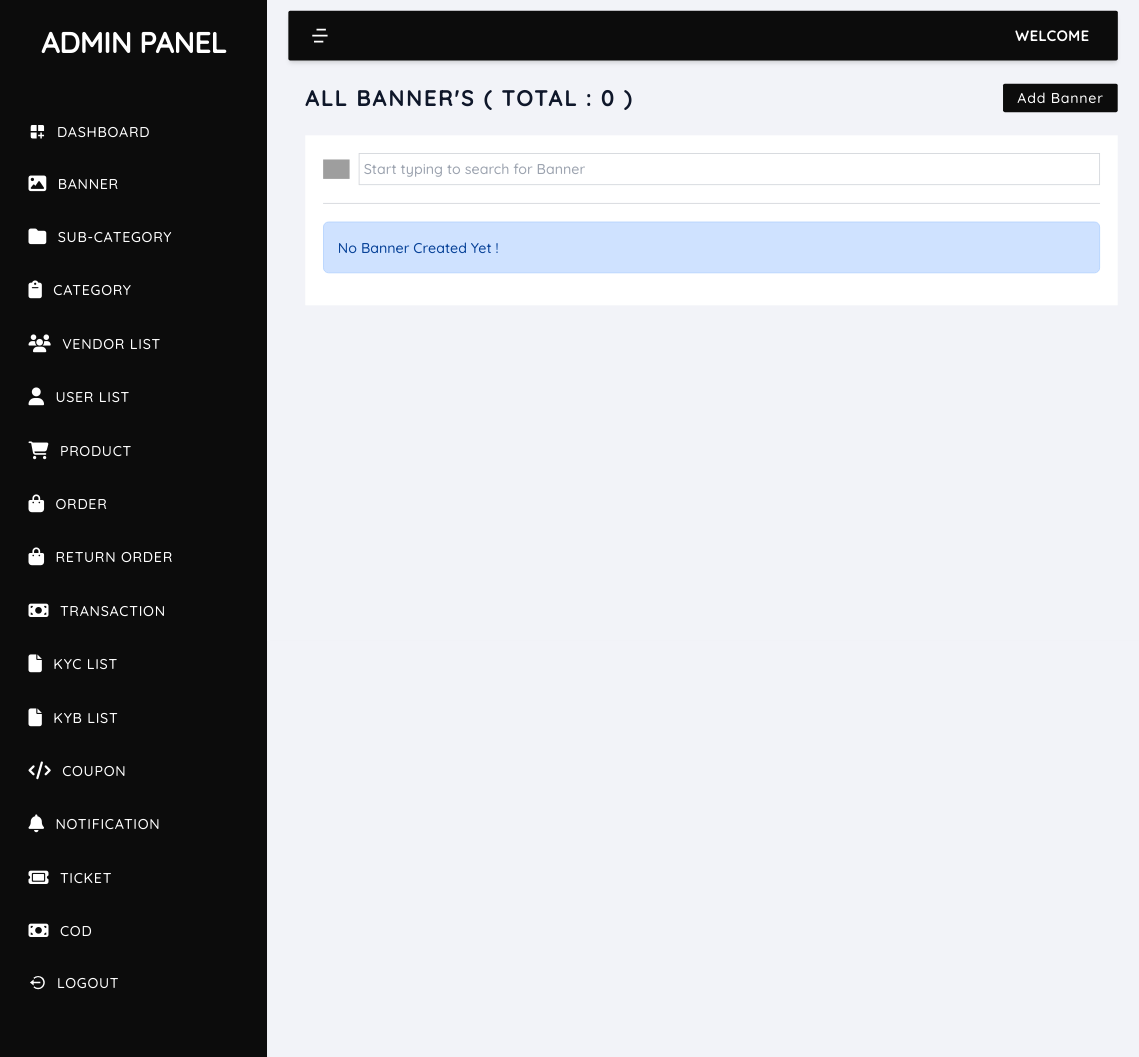
Repository: FlyweisReact/Sudarshan
Page: /admin/banner
These files come from the project's save history. The page is drawn as it stood at one moment and after the next save; the edit follows.
The browser window is 1280 px wide. The pictures show the whole page, at 89% of full size.
Pictures or frames that could not be fetched are drawn as grey boxes. The page's requests for data from a server got no answer. Some web libraries are served in a nearby version. The project was rebuilt for these pictures with package versions that can differ from the ones it lists, and the page was loaded fresh each time. No one was signed in, and anything a server would have sent is missing. Also part of the build but not shown: src/Admin/forms/AdminLogin.jsx, src/Admin/pages/Dashboard/AdminDashboard.js, src/Admin/pages/subcategory/AdminSubCategory.js, src/Admin/pages/category/AdminCategory.js, src/Admin/pages/Product/AdminProduct.js, src/Admin/pages/Product/AdminSingleProduct.js, src/Admin/pages/Order/AdminOrder.js, src/Admin/pages/Order/AdminViewOrder.js and 11 more.

Above is the page before, as saved 2023-09-06 13:07:12.

After the next save:
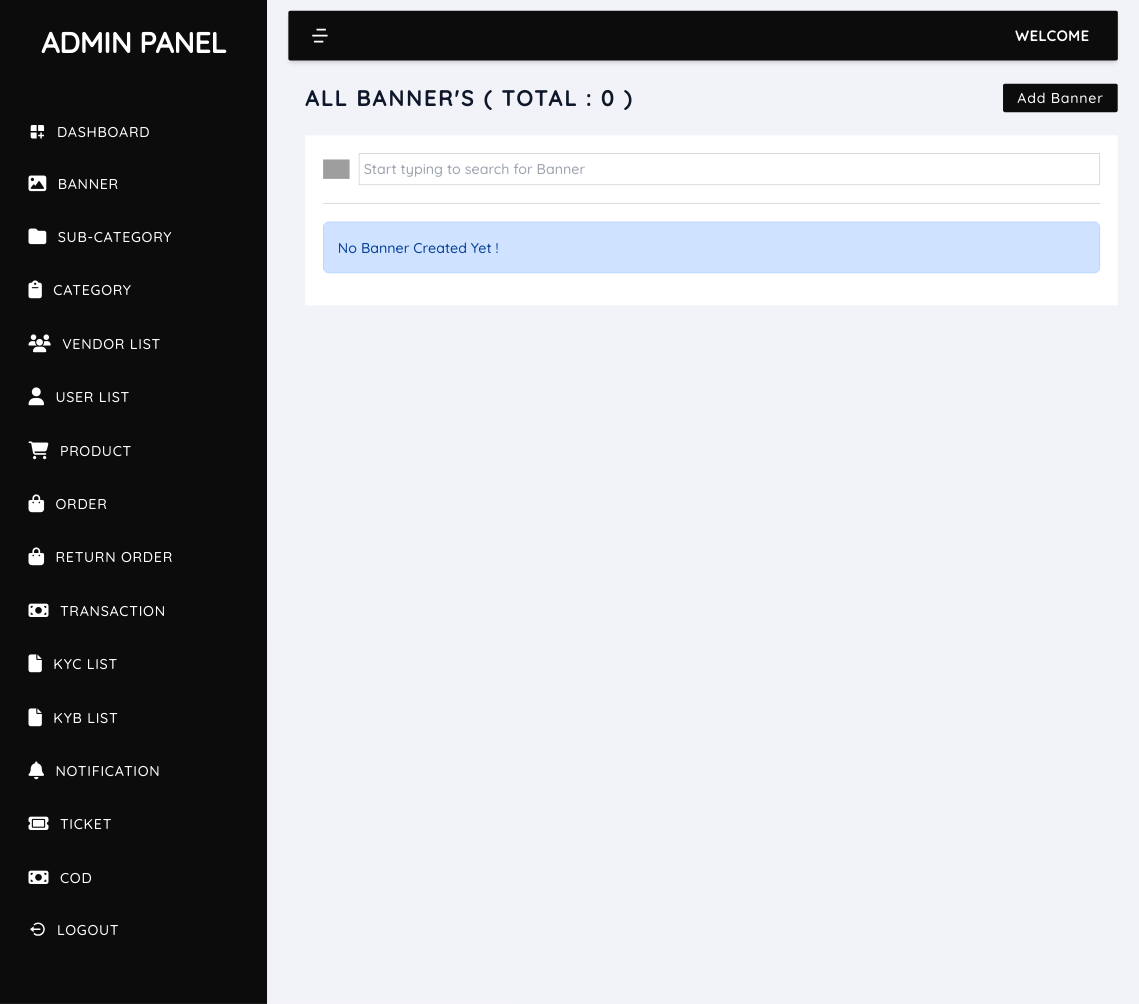
Saved 12 s later.
--- a/src/Admin/layout/Sidebar.jsx
+++ b/src/Admin/layout/Sidebar.jsx
@@ -80,11 +80,7 @@ const Sidebar = ({ hamb, setHamb }) => {
       name: "Kyb List",
     },
 
-    {
-      icon: <i className="fa-solid fa-code text-xl mr-3 rounded-full " />,
-      link: "/coupon",
-      name: "Coupon",
-    },
+
     {
       icon: <i className=" fa-solid fa-bell text-xl mr-3 rounded-full " />,
       link: "/notification",
